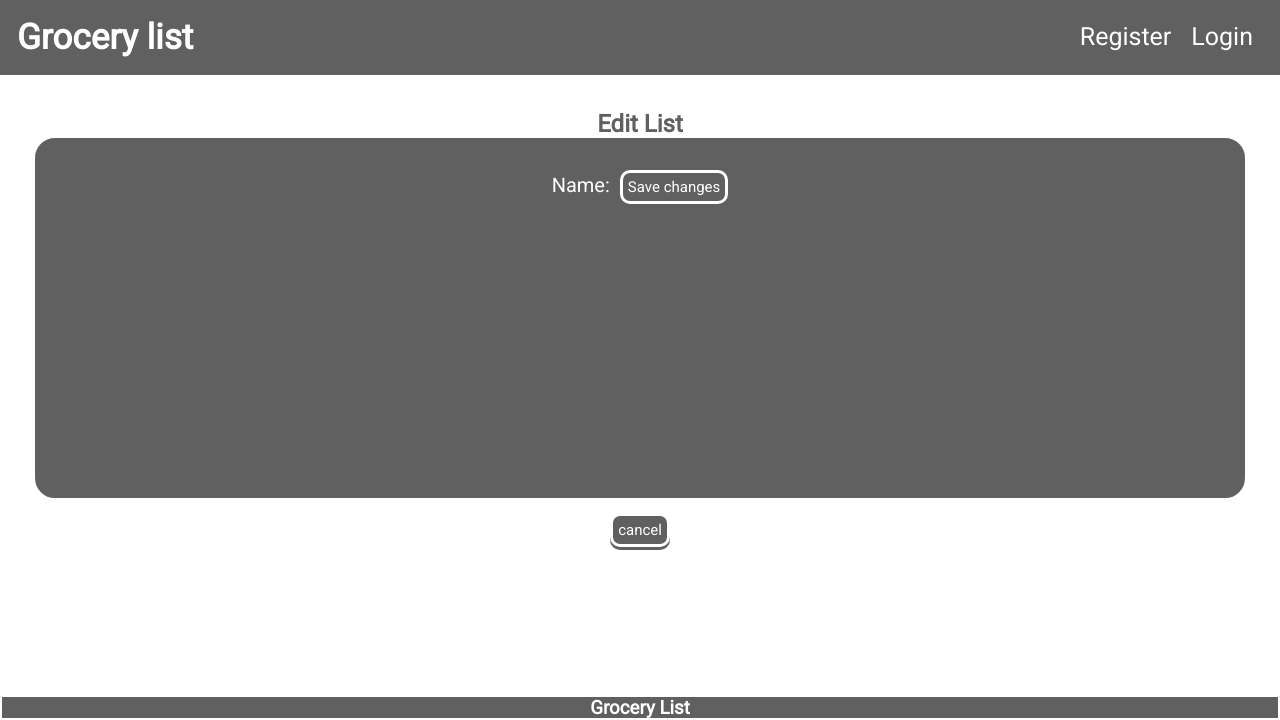
Repository: mhyder1/grocery-client
Page: /edit-lists/undefined
An editor plug-in stored every save of this project. The page is shown before and after the next save, followed by the edit.
The browser window is 1280 px wide. The pictures show the whole page.
The project was rebuilt for these pictures with package versions that can differ from the ones it lists, and the page was loaded fresh each time. Also part of the build but not shown: src/Components/Utils/Utils.css, src/Components/Utils/Utils.js, src/Components/Header/Header.js, src/Components/Errorpage/ErrorPage.js, src/Components/Login/Login.js, src/Components/BackButton/BackButton.js, src/Components/ListForm/ListForm.js, src/Components/CategoriesPage/CategoriesPage.css and 5 more. Imported but missing from the stored project, and not drawn on this page: src/services/auth-api-service.

Above is the page before, as saved 2020-12-30 23:59:41.

### src/index.js
import React from 'react';
import ReactDOM from 'react-dom';
import {BrowserRouter} from "react-router-dom";
import App from './App';



ReactDOM.render(
  <BrowserRouter>
    <App />
  </BrowserRouter>,
  document.getElementById('root')
);

### src/App.css
    * {
        box-sizing: border-box;
        font-family: 'Roboto', sans-serif;
        margin: 0;
        padding: 0;
    }

    body {
        margin: 0;
        padding: 0;
        height: 100%;
    }

    .delete-button,
    .edit-button,
    .close-button {
        margin: 5px;
        padding: 5px;
        font-size: 15px;
        margin-top: 15px;
        border-radius: 10px;
        background-color: #606060;
        border: 3px #606060 solid;
        box-shadow: 0 3px 0 #606060;
        color: white;
        cursor: pointer;
    }
    /* Todolist / main todos page */

    .completed-check-logo {
        position: relative;
        bottom: 25px;
        left: 5px;
        font-size: 30px;
        color: white;
    }

    .create-list-button {
        padding: 10px;
        font-size: 15px;
        margin-top: 15px;
        border-radius: 20px;
        background-color: #606060;
        border: 3px #606060 solid;
        box-shadow: 0 3px 0 #606060;
        cursor: pointer;
        transition: all 0.1s linear;
        color: white;
    }

    .create-list-button:active {
        color: white;
        box-shadow: 0 3px 0 #606060;
        transform: translateY(3px);
    }

    .create-list-button a {
        color: white;
    }

    .create-list-button a {
        text-decoration: none;
        color: white;
    }

    .pending-lists ul a {
        text-decoration: none;
    }

    .completed-lists,
    .pending-lists a:link {
        color: white;
        margin: 2px;
    }

    .completed-lists ul a {
        text-decoration: none;
    }

    .edit-delete-lists {
        display: inline-block;
        padding: 10px;
    }

    .GroceryList,
    .view-lists {
        flex: 1;
    }

    .main-lists {
        background: white;
        text-align: center;
        display: flex;
    }

    .inactive-form {
        display: none;
    }

    ul li {
        padding: 10px;
        list-style-type: none;
        border-radius: 20px;
        margin: 10px;
        background-color: #606060;
    }

    /* .list-textbox {
        padding: 5px;
        border: #606060 2px solid;
        border-radius: 10px;
        width: 75%;
        margin: 0 auto;
        margin-top: 5%;
    } */

    ul {
        padding-left: 0;
    }

    .view-lists {
        display: flex;
        flex-direction: column;
        align-items: center;
    }

    .view-list-task {
        border: #606060 2px solid;
        background: #606060;
        border-radius: 20px;
        margin-top: 30px;
        width: 85%;
    }

    .view-list-category {
        color: white;
    }

    .list-details,
    .list-checkbox,
    .edit-delete-lists {
        margin-top: 10px;
    }

    /* .list-textbox {
        background: white;
        height: 20px;
    } */

    .checkmark {
        height: 15px;
        width: 15px;
        background-color: #eee;
    }

    .checkmark p {
        font-size: 20px;
    }

    .list-checkbox {
        display: flex;
        justify-content: center;
    }
    /* Modal styling */

    .modal {
        position: fixed;
        top: 0;
        left: 0;
        width: 100%;
        height: 100%;
        background: white;
        color: white;
    }

    .modal-main {
        color: white;
        position: fixed;
        background: #606060;
        width: 80%;
        height: 60%;
        top: 50%;
        left: 50%;
        transform: translate(-50%, -50%);
    }

    .modal-main h2 {
        margin-top: 25px;
    }

    .display-block {
        display: block;
    }

    .display-none {
        display: none;
    }
    /* Edit form */

    .edit-lists {
        justify-content: center;
        justify-content: space-between;
    }

    .edit-form {
        color: white;
        display: flex;
        flex-direction: column;
        align-items: center;
        padding: 35px;
    }

    .edit-list-input {
        margin: 2px;
        /* color: white; */
        border-radius: 20px;
        padding: 5px;
        width: 90%;
    }

    .edit-price-input {
        margin: 5px;
        border-radius: 20px;
        padding: 5px;
        width: 90%;
    }

    .edit-weight-input {
        margin: 2px;
        border-radius: 20px;
        padding: 5px;
        width: 90%;
    }

    .edit-note-input {
        margin: 5px;
        border-radius: 20px;
        padding: 5px;
        width: 90%;
        height: 100px;
    }

    .edit-list-label {
        color: white;
        font-size: 20px;
        padding: 5px;
    }

    .edit-section {
        height: 50vh;
        margin: auto;
        width: 100%;
        border: #606060 2px solid;
        background: #606060;
        border-radius: 20px;
        padding: 15px;
    }

    .edit-list-button {
        margin: 5px;
        padding: 5px;
        font-size: 15px;
        margin-top: 15px;
        border-radius: 10px;
        background-color: #606060;
        border: 3px white solid;
        box-shadow: 0 3px 0 #606060;
        color: white;
        cursor: pointer;
    }
    /* Features / get started homepage */

    .features {
        display: flex;
        flex-wrap: wrap;
        justify-content: space-evenly;
        background-color: #606060;
        padding: 150px;
    }

    .features-p {
        width: 45%;
        border: white 2px solid;
        border-radius: 20px;
        padding: 50px;
        margin: 15px;
        color: white;
    }

    .homepage-features {
        display: flex;
    }

    .features-check,
    .features-update,
    .features-star {
        font-size: 80px;
        color: white;
    }
    /* Footer */

    .footer {
        border: white 2px solid;
        background-color: #606060;
        color: white;
        height: 25px;
        position: fixed;
        bottom: 0;
        width: 100%;
    }

    @media screen and (min-width: 320px) and (max-width: 2000px) {
        .homepage-features {
            display: flex;
        }
        .features {
            display: flex;
            flex-wrap: wrap;
            justify-content: space-evenly;
            background-color: #606060;
            padding: 75px;
        }
        p {
            color: white;
        }
        .features-p {
            border: white 2px solid;
            padding: 77px;
            margin: 15px;
            width: 100%;
            color: white;
        }
    }

    @media screen and (min-width: 320px) and (max-width: 768px) {
        header {
            padding: 50px;
        }
        .features {
            padding: 122px;
        }
    }

    @media screen and (min-width: 320px) and (max-width: 425px) {
        .register-form {
            display: flex;
            flex-direction: column;
            align-items: center;
            border: grey 2px solid;
            width: 80%;
            padding: 50px;
            border-radius: 20px;
            margin-top: 10%;
        }
    }

### src/Context/Context.js
import React from "react";


let Context = React.createContext({
    lists: [],
    categories: [],
    setLoggedInUserLists: () => { },
    setUser: () => { },
    setCategories: () => { },
    handleLogout: () => { },
    toggleComplete: () => { },
    createList: () => { },
    deleteList: () => { },
    updateList: () => { },

});

export default Context;

### src/Components/Navbar/Navbar.js
import React from "react";
import { Link } from "react-router-dom";
import Context from "../../Context/Context";
import { Hyph } from "../Utils/Utils";
import TokenService from "../../services/token-service";
import IdleService from "../../services/idle-service";
import "./Navbar.css";

class Navbar extends React.Component {
  static contextType = Context;

  handleLogoutClick = () => {
    TokenService.clearAuthToken();
    /* when logging out, clear the callbacks to the refresh api and idle auto logout */
    TokenService.clearCallbackBeforeExpiry();
    IdleService.unRegisterIdleResets();
  };

  renderLogoutLink() {
    return (
      <div className="nav-links">
        <Link to='/grocery-lists/'>
          Create list
        </Link>
        <Link onClick={this.handleLogoutClick} to="/">
          Logout
        </Link>
      </div>
    );
  }

  renderLoginLink() {
    return (
    //   <div className="Header__not-logged-in">
    //     <Link to="/register">Register</Link>
    //     <Hyph />
    //     <Link to="/login">Log in</Link>
    //   </div>
    <div className="nav-links">
        <Link to="/register" className="register-button">
              {" "}
              Register
          </Link>
          <Link to="/login" className="login-button">
              Login
          </Link>
    </div>
    );
  }

  render() {
    return (
    //   <nav>
    //     <div className="logo-section">
    //       <h1>
    //         <Link to="/grocery-list-categories">Create Grocery list</Link>
    //       </h1>
    //     </div>

    //     <div className="nav-links">
    //       <Link to="/grocery-list-categories">Home</Link>

    //       <button type="submit" className="logout-button">
    //         Logout
    //       </button>



    //       {/* <Link to="/register">
    //         <button className="register-button" type="submit">
    //           {" "}
    //           Register
    //         </button>
    //       </Link>
    //       <Link to="/login">
    //         <button type="submit" className="login-button">
    //           Login
    //         </button>
    //       </Link> */}



    //     </div>
    //   </nav>
        <nav>
        <div className="logo-section">
            <h1>
                <Link to='/'>
                {' '}
                Grocery list
                </Link>
            </h1>
        </div>
        {TokenService.hasAuthToken()
            ? this.renderLogoutLink()
            : this.renderLoginLink()}
        </nav>
    );
  }
}

export default Navbar;

### src/Components/EditList/EditList.js
import React from "react";
import Context from "../../Context/Context";

class EditList extends React.Component {
  static contextType = Context;

  state = {
    id: "",
    name: "",
    note: "",
    price: "",
    weight: "",
    category: "",
    checked: "",
    category_id: "",
    start_date: "",
  };

  componentDidMount() {
     let list = this.context.lists.find(list => list.id === this.props.match.params.id)
     console.log(list)
  }

  handleSubmit = (e) => {
    e.preventDefault();
    let {
      id,
      name,
      note,
      price,
      weight,
      category,
      checked,
      category_id,
      start_date,
    } = this.state;
    let newList = {
      id,
      name,
      note,
      price,
      weight,
      category,
      checked,
      category_id,
      start_date,
    };
    this.resetFields();
    this.context.updateList(newList);
    this.props.history.push(`/grocery-lists/${this.props.match.params.id}`);
    this.setState({ newList });
  };

  resetFields = () => {
    this.setState({
      id: "",
      name: "",
      note: "",
      price: "",
      weight: "",
      category: "",
    });
  };
  handleUpdateName = (e) => {
    this.setState({
      name: e.target.value,
    });
  };

  handleUpdateNote = (e) => {
    this.setState({
      note: e.target.value,
    });
  };

  handleUpdatePrice = (e) => {
    this.setState({
      price: e.target.value,
    });
  };
  handleUpdateWeight = (e) => {
    this.setState({
      weight: e.target.value,
    });
  };

  handleClickCancel = (e) => {
    this.props.history.push(`/grocery-lists/${this.props.match.params.id}`);
  };

  render() {
    let { name, note, price, weight } = this.state;
    return (
      <div className="edit-lists">
        <form
          onSubmit={(e) => this.handleSubmit(e.target.value)}
          className="edit-form"
        >
          <h2>Edit List</h2>
          <div className="edit-section">
            <label className="edit-list-label">Name:</label>
            {/* <input
              onChange={(e) => this.handleUpdateName(e)}
              className="edit-list-input"
              value={name}
              name="name"
              type="text"
            />
            <label className="edit-list-label">Note:</label>
            <input
              onChange={(e) => this.handleUpdateNote(e)}
              className="edit-note-input"
              type="text"
              value={note}
              name="note"
            />
            <label className="edit-list-label">Price:</label>
            <input
              onChange={(e) => this.handleUpdatePrice(e)}
              className="edit-price-input"
              type="text"
              value={price}
              name="price"
            />
            <label className="edit-list-input">Weight:</label>
            <input
              onChange={(e) => this.handleUpdateWeight(e)}
              className="edit-weight-input"
              type="text"
              value={weight}
              name="weight"
            /> */}
            <button className="edit-list-button" type="submit">
              Save changes
            </button>
          </div>
          <button
            onClick={this.handleClickCancel}
            className="edit-list-button"
            type="button"
          >
            {" "}
            cancel
          </button>
        </form>
      </div>
    );
  }
}

export default EditList;

### src/Components/Footer/Footer.js
import React from "react";

function Footer() {
    return(
        <footer className="footer">
            <h3>Grocery List</h3>
        </footer>
    )
}


export default Footer;

### src/listData.js
const listData =  {
    "Categories": [
        {
            "category_Id" : "1",
            "CategoryName": "Vegetables"
        },
        {
            "category_Id" : "2",
            "CategoryName": "Fruits"
        },
        {
            "category_Id" : "3",
            "CategoryName": "Grain"
        },
        {
            "category_Id" : "4",
            "CategoryName": "Frozen"
        },
        {
            "category_Id" : "5",
            "CategoryName": "Miscellaneous"
        },
    ],
    "lists": [
        {    "id" : "1",
            "Name": "Cabbage",
            "note" : "Store name",
            "category_Id": "1",
            "price": "2.05",
            "Weight": "2 lbs",
        },

        {
            "id" : "2",
            "Name": "Maize",
            "note" : "next week new deal",
            "category_Id": "3",
            "price": "3.05",
            "Weight": "3 lbs",
        },

        {
            "id" : "3",
            "Name": "Pineapple",
            "note" : "next week new deal",
            "category_Id": "2",
            "price": "5.05",
            "Weight": "2 piece"
        },
        {
            "id" : "4",
            "Name": "Frozen Strawberris",
            "note" : "next week new deal",
            "category_Id": "4",
            "price": "5.05",
            "Weight": "3 lbs"
        },
        {
            "id" : "5",
            "Name": "Toilet Paper",
            "note" : "next week new deal",
            "category_Id": "5",
            "price": "5.05",
            "Weight": "1 pack"
        },
    ]

}


export default listData;

### src/config.js
export default {
    API_ENDPOINT: 'http://localhost:8000/api',
    TOKEN_KEY: 'grocery-list-auth-token',
}

### src/services/token-service.js
import jwtDecode from 'jwt-decode'
import config from '../config'

let _timeoutId
const _TEN_SECONDS_IN_MS = 10000

const TokenService = {
  saveAuthToken(token) {
    window.localStorage.setItem(config.TOKEN_KEY, token)
  },
  getAuthToken() {
    return window.localStorage.getItem(config.TOKEN_KEY)
  },
  clearAuthToken() {
    console.info('clearing the auth token')
    window.localStorage.removeItem(config.TOKEN_KEY)
  },
  hasAuthToken() {
    return !!TokenService.getAuthToken()
  },
  makeBasicAuthToken(userName, password) {
    return window.btoa(`${userName}:${password}`)
  },
  parseJwt(jwt) {
    return jwtDecode(jwt)
  },
  readJwtToken() {
    return TokenService.parseJwt(TokenService.getAuthToken())
  },
  _getMsUntilExpiry(payload) {
    /*
      payload is from the JWT
      the `exp` value is in seconds, need to convert to ms, so * 1000
      calculates the difference between now and when the JWT will expire
    */
    return (payload.exp * 1000) - Date.now()
  },
  queueCallbackBeforeExpiry(callback) {
    /* get the number of ms from now until the token expires */
    const msUntilExpiry = TokenService._getMsUntilExpiry(
      TokenService.readJwtToken()
    )
    /*
      queue a callback that will happen 10 seconds before the token expires
      the callback is passed in as an argument so could be anything,
        in this app, the callback is for calling the refresh endpoint
    */
    _timeoutId = setTimeout(callback, msUntilExpiry - _TEN_SECONDS_IN_MS)
  },
  clearCallbackBeforeExpiry() {
    clearTimeout(_timeoutId)
  },
}

export default TokenService

### src/services/idle-service.js

/*
  Idle Service

  this service manages when a user has gone idle (not interacting with the page).
*/

let _timeoutId
let _idleCallback = null
let _notIdleEvents = ['mousedown', 'mousemove', 'keypress', 'scroll', 'touchstart' ]
let _FIVE_MINUTES_IN_MS = 5 * 60 * 1000

const IdleService = {
  setIdleCallback(idleCallback) {
    /* store a callback to call when the user goes idle */
    _idleCallback = idleCallback
  },
  /* called when a user interacts with the page */
  resetIdleTimer(ev) {
    console.info('event:', ev.type)
    /* remove any timeouts as the user just interacted */
    clearTimeout(_timeoutId)
    /* queue the callback to happen 5 minutes from now */
    _timeoutId = setTimeout(_idleCallback, _FIVE_MINUTES_IN_MS)
  },
  regiserIdleTimerResets() {
    /* register the resetIdleTimer for events when a user interacts with page */
    _notIdleEvents.forEach(event =>
      document.addEventListener(event, IdleService.resetIdleTimer, true)
    )
  },
  unRegisterIdleResets() {
    /* remove any queued callbacks and events that will queue callbacks */
    clearTimeout(_timeoutId)
    _notIdleEvents.forEach(event =>
      document.removeEventListener(event, IdleService.resetIdleTimer, true)
    )
  },
}

export default IdleService

### src/Components/Header/Header.css
.App {
    text-align: center;
}

header {
    padding: 200px;
}

header h2 {
    font-size: 35px;
    color: #0d0e18;
}

span {
    display: block;
}

.logo-section {
    display: flex;
    align-items: center;
}

.logo-check {
    font-size: 35px;
    color: #bec0cf;
}


/* button */

#create-here {
    padding: 14px;
    font-size: 20px;
    margin-top: 20px;
    border-radius: 20px;
    background-color: #929497;
    border: 3px #909499 solid;
    box-shadow: 0 3px 0 #5b5b5e;
    cursor: pointer;
    transition: all 0.1s linear;
}

#create-here:active {
    box-shadow: 0 3px 0 #929497;
    transform: translateY(3px);
}

#create-here a {
    text-decoration: none;
    color: white;
}

### src/Components/Navbar/Navbar.css
/* Navbar*/

nav {
    border: #606060 2px solid;
    background: #606060;
    padding: 15px;
    font-size: 30px;
    width: 100%;
    display: flex;
    justify-content: space-between;
    flex-wrap: wrap;
}

nav h1 {
    font-size: 35px;
}

.nav-links a {
    margin: 10px;
    font-size: 25px;
    color: white;
}

nav h1,
nav a {
    text-decoration: none;
    color: white;
}

nav a:hover {
    color: #36332c;
}

### src/Components/Login/Login.css
.credentials-section {
    display: flex;
    flex-direction: column;
    border: 2px solid grey;
    padding: 30px;
    border-radius: 20px;
    align-items: center;
    margin-top: 2%;
    background: #d4cdcb;
}

.create-account {
    padding: 15px;
    font-size: 25px;
}

.login-form-input {
    border-radius: 20px;
    padding: 5px;
    width: 90%;
}

.login-sign-in {
    padding: 12px;
    margin-top: 20px;
    border-radius: 20px;
    font-size: 20px;
    background-color: #595a5c;
    color: white;
    cursor: pointer;
}

.login-username,
.login-password {
    font-size: 20px;
    padding: 5px;
    color: #3d405b;
}

.login-form {
    display: flex;
    flex-direction: column;
    align-items: center;
}

.login-form {
    color: #3d405b;
}

.login-form h1 {
    margin-top: 25px;
}

.create-an-account {
    padding: 15px;
}

.register-button,
.logout-button,
.login-button {
    border: none;
    background: none;
    font-size: 25px;
    color: #3d405b;
    padding: 0;
}

register-button:hover,
.logout-button:hover,
.login-button:hover {
    color: #312f29;
}

### src/Components/ListForm/ListForm.css
.add-list-form {
    display: flex;
    flex-direction: column;
    align-items: center;
}

.add-list-button,
.back-button {
    margin: 5px;
    padding: 5px;
    font-size: 15px;
    margin-top: 15px;
    border-radius: 10px;
    background-color: #929497;
    border: 3px #929497 solid;
    box-shadow: 0 3px #929497;
    color: white;
    cursor: pointer;

}

.add-list-section {
    display: flex;
    flex-direction: column;
    align-items: center;
    border: 2px #929497 solid;
    border-radius: 20px;
    padding: 15px;
    width: 75%;
}

#category-dropdown {
    padding: 5px;
    margin: 10px;
    border-radius: 20px;
}

.list-label {
    font-size: 20px;
    padding: 5px;
    color: #3d405b;
}

.add-name-input {
    border-radius: 20px;
    padding: 5px;
    width: 60%;
}

.add-note-input {
    border-radius: 20px;
    padding: 5px;
    width: 60%;
    height: 100px;
}

.add-price-input{
    border-radius: 20px;
    padding: 5px;
    width: 30%;
    height: auto;

}

.add-Weight-input{
    border-radius: 20px;
    padding: 5px;
    width: 30%;
    height: auto;

}

.register-button {
    color: white;
}

.register-button:hover {
    color:#36332c;
}

.logout-button {
    color: white;
}

.login-button {
    color: white;
}

### src/Components/Register/Register.css
/* Register user page */

.register-user {
    display: flex;
    justify-content: center;
}

h2 {
    color: #606060;
}

.register-form {
    border-radius: 20px;
    background: #606060;
    display: flex;
    flex-direction: column;
    align-items: center;
    border: #606060 2px solid;
    width: 40%;
    padding: 50px;
    margin-top: 5%;
}

.register-form input {
    border-radius: 20px;
    padding: 5px;
    width: 90%;
}

.register-name,
.register-username,
.register-password,
.confirm-password {
    font-size: 20px;
    padding: 5px;
    color: white;
}

.register-error {
    border: 2px white solid;
    border-radius: 20px;
    padding: 5px;
    background: white;
    color: #3d405b;
}

.register-submit {
    border: white 2px solid;
    padding: 20px;
    margin-top: 20px;
    border-radius: 20px;
    font-size: 20px;
    background-color: #606060;
    color: white;
    cursor: pointer;
}

@media screen and (min-width: 320px) and (max-width: 425px) {
    .register-form {
        display: flex;
        flex-direction: column;
        align-items: center;
        border: grey 2px solid;
        width: 80%;
        padding: 50px;
        border-radius: 20px;
        margin-top: 10%;
    }
}

Loaded but not shown: public/index.html (common file); src/App.js (188 lines, source omitted)

After the next save:
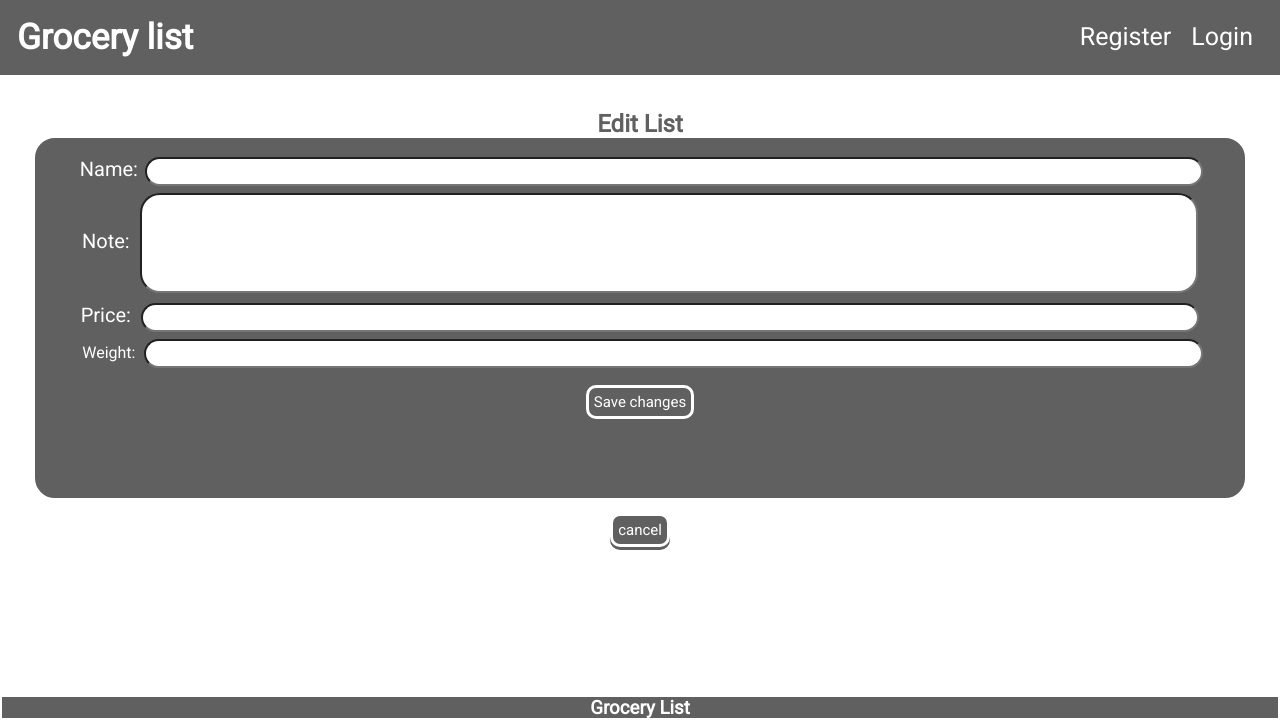
Saved 2 min 31 s later.
--- a/src/Components/EditList/EditList.js
+++ b/src/Components/EditList/EditList.js
@@ -99,7 +99,7 @@ class EditList extends React.Component {
           <h2>Edit List</h2>
           <div className="edit-section">
             <label className="edit-list-label">Name:</label>
-            {/* <input
+            <input
               onChange={(e) => this.handleUpdateName(e)}
               className="edit-list-input"
               value={name}
@@ -129,7 +129,7 @@ class EditList extends React.Component {
               type="text"
               value={weight}
               name="weight"
-            /> */}
+            />
             <button className="edit-list-button" type="submit">
               Save changes
             </button>
